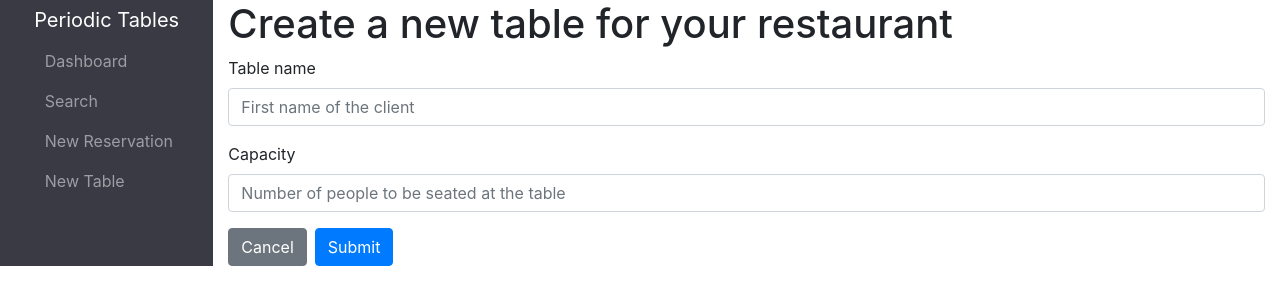
Repository: EMERIC237/resto-client
Page: /tables/new
These files come from the project's save history. The page is drawn as it stood at one moment and after the next save; the edit follows.
The browser window is 1280 px wide. The pictures show the whole page.
The page's requests for data from a server got no answer. Some web fonts or font styles are not loaded; a fallback is used. The project was rebuilt for these pictures with package versions that can differ from the ones it lists, and the page was loaded fresh each time. No one was signed in, and anything a server would have sent is missing. Also part of the build but not shown: src/dashboard/Reservation.js, src/utils/format-reservation-date.js, src/utils/format-reservation-time.js, src/dashboard/Dashboard.js, src/layout/NotFound.js, src/reservations/ReservationForm.js, src/reservations/CreateReservation.js, src/reservations/SeatReservation.js.

Above is the page before, as saved 2021-09-19 21:50:51.

After the next save:
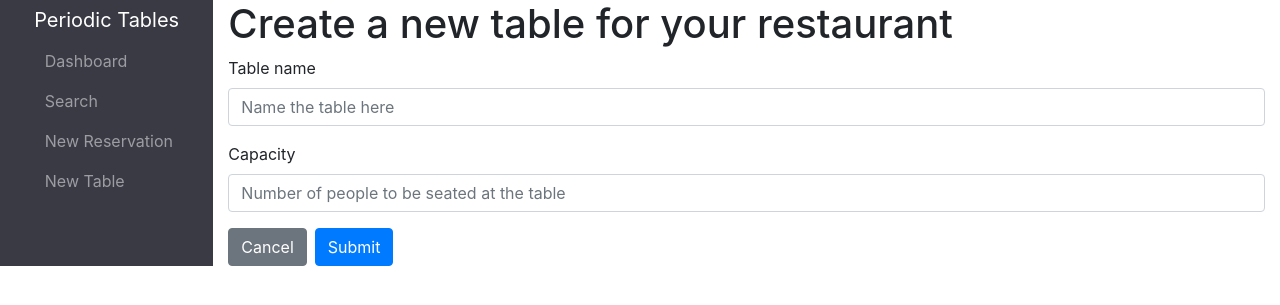
Saved 12 min 41 s later.
--- a/src/tables/TableForm.js
+++ b/src/tables/TableForm.js
@@ -31,7 +31,7 @@ function TableForm({ onSubmit, onCancel, tableError }) {
               className="form-control"
               value={table.table_name}
               required={true}
-              placeholder="First name of the client"
+              placeholder="Name the table here"
               onChange={changeHandler}
             />
           </div>
